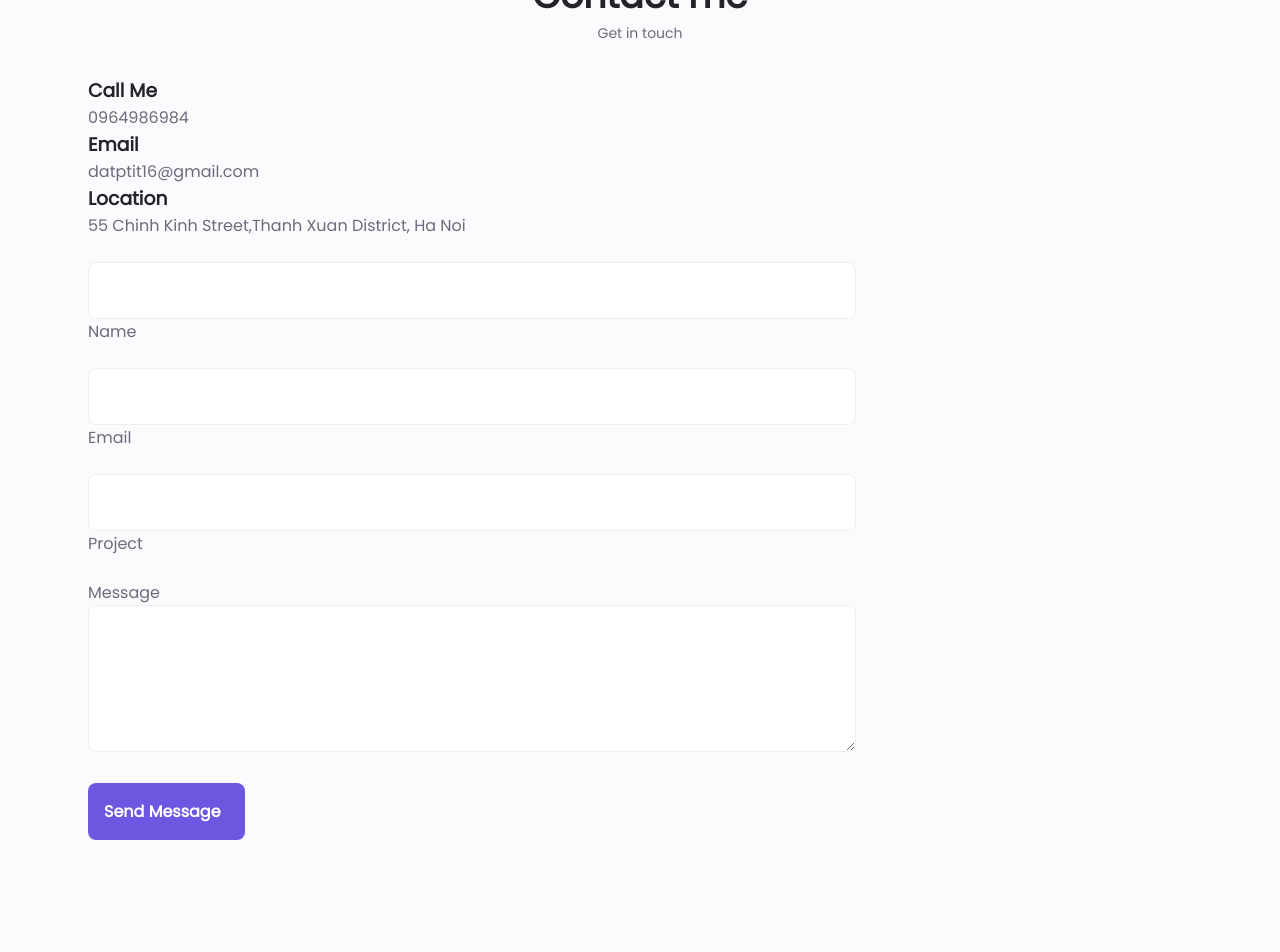
Repository: Datt21/portfolio
Page: index.html
The author's editor kept a copy of each file at every save. The page is drawn from the files as they stood at one save, then again after the next save.
The browser window is 1280 px wide. The pictures show the part of the page from y = 3453 to 4405 px (the page is 4405 px tall).
Some icons come from a web library that is not loaded, so they are not drawn. A picture or video elsewhere on the page could not be fetched, so the positions and the page height are approximate.

Above is the page before, as saved 2021-07-12 03:05:08.

After the next save:
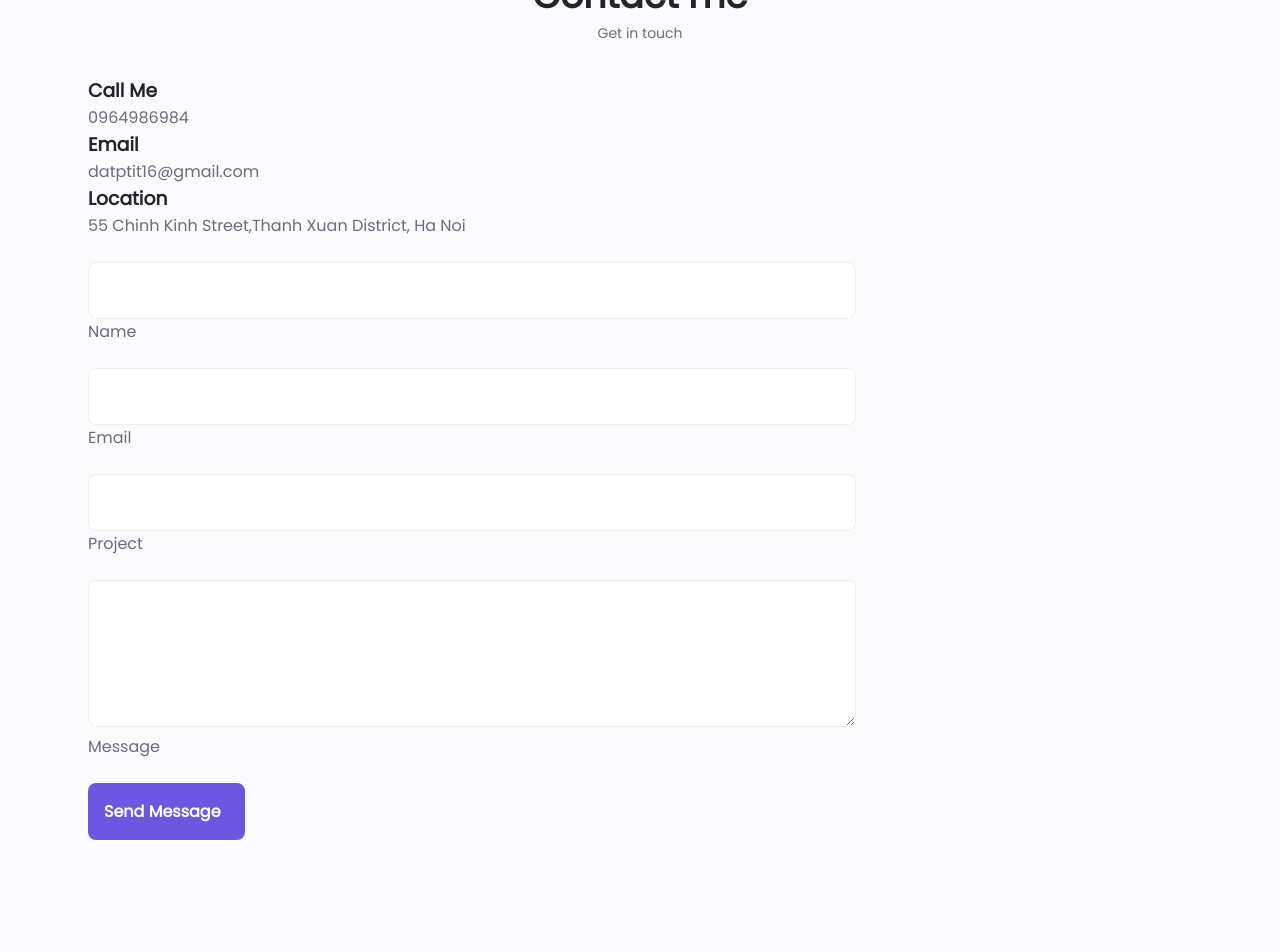
Saved 17 s later.
--- a/index.html
+++ b/index.html
@@ -524,8 +524,8 @@
                         </div>
 
                         <div class="contact__content">
+                            <textarea name="" id="" cols="" rows="7" class="contact__input"></textarea>
                             <label for="" class="contact__label">Message</label>
-                            <textarea name="" id="" cols="" rows="7" class="contact__input"></textarea>
                         </div>
 
                         <div>
